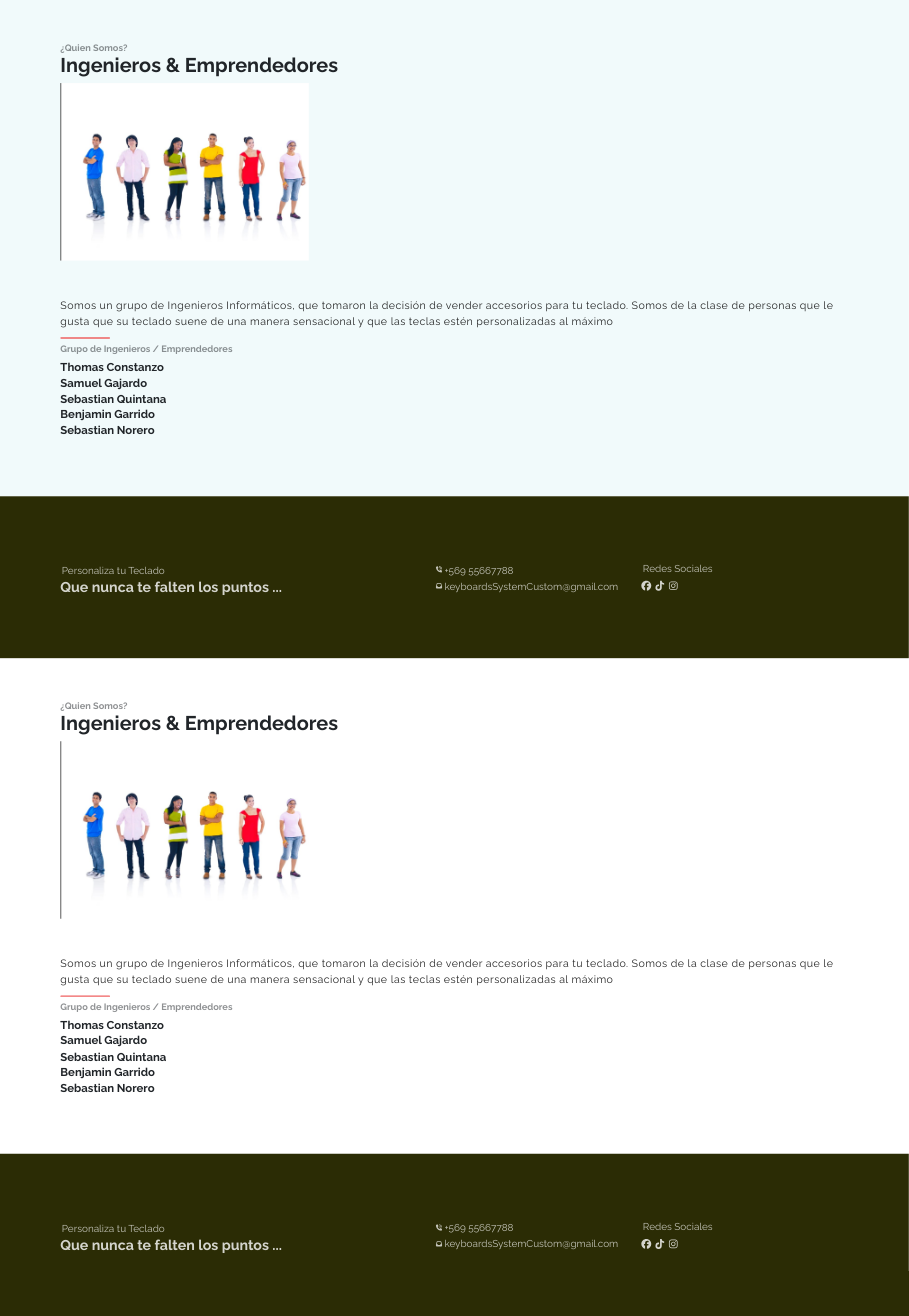
Repository: sebaqqq/customKeyboard
Page: /about
The author's editor kept a copy of each file at every save. The page is drawn from the files as they stood at one save, then again after a run of saves.
The browser window is 1280 px wide. The pictures show the whole page, at 71% of full size.
The project was rebuilt for these pictures with package versions that can differ from the ones it lists, and the page was loaded fresh each time. The framework's server and built-in components were replaced by stand-ins that run in the browser. Also part of the build but not shown: next.config.js.

Above is the page before, as saved 2023-01-26 21:00:00.

### pages/_app.js
import '../styles/globals.css'

function MyApp({ Component, pageProps }) {
    return <Component {...pageProps} />
}

export default MyApp

### pages/about.js
//next
import Image from 'next/image';

//Components
import Layout from '../components/Layout';

//FontAwesomeIcon
import { FontAwesomeIcon } from '@fortawesome/react-fontawesome'
import { library } from '@fortawesome/fontawesome-svg-core';
import { faFacebook, faInstagram, faTiktok } from '@fortawesome/free-brands-svg-icons'
import {
    faPhoneVolume,
    faInbox
} from '@fortawesome/free-solid-svg-icons'

library.add(
    faFacebook,
    faInstagram,
    faTiktok,
    faPhoneVolume,
    faInbox
)
const About = () => {
    return (
        <>
            <Layout
                pagina= "Nosotros"
            >
                <section className="section" id="testmonial">
                <div className="container">
                    <h6 className="xs-font mb-0">¿Quien Somos?</h6>
                    <h3 className="section-title">Ingenieros & Emprendedores</h3>
                    {/* hay que centrar la imagen de la foto grupal */}
                    <Image
                        src= {'/../public/groupPerson.jpg'}
                        alt="grupo"
                        width={350}
                        height={250}
                        // className='card-img-top'
                    />
                    <div id="owl-testmonial" className="owl-carousel owl-theme mt-4">
                        <div className="item">
                            <div className="textmonial-item">
                                <div className="des">
                                    <h5 className="ti-quote-left font-weight-bold"></h5>
                                    <p>Somos un grupo de Ingenieros Informáticos, que tomaron la decisión de vender accesorios para tu teclado. Somos de la clase de personas que le gusta que su teclado suene de una manera sensacional y que las teclas estén personalizadas al máximo</p>
                                    <h5 className="ti-quote-left text-right font-weight-bold"></h5>
                                    <div className="line"></div>
                                    <h6 className="xs-font">Grupo de Ingenieros / Emprendedores</h6>
                                    <h6 className="name">Thomas Constanzo</h6>
                                    <h6 className="name">Samuel Gajardo</h6>
                                    <h6 className="name">Sebastian Quintana</h6>
                                    <h6 className="name">Benjamin Garrido</h6>
                                    <h6 className="name">Sebastian Norero</h6>
                                </div>
                            </div>
                        </div>
                    </div>
                </div>
            </section>

            <section className="section bg-overlay">
                <div className="container">
                    <div className="infos mb-4 mb-md-2">
                    <div className="title">
                    <h6 className="subtitle font-weight-normal">Personaliza tu Teclado</h6>
                    <h5>Que nunca te falten los puntos ...</h5>
                    </div>
                    <div className="socials">
                        <div className="row justify-content-between">
                            <div className="col">
                            <a className="d-block subtitle"><FontAwesomeIcon icon={faPhoneVolume} style={{width: '3%', margin: 'auto', display: 'inline-block'}}/> +569 55667788</a>
                            <a className="d-block subtitle"><FontAwesomeIcon icon={faInbox} style={{width: '3%', margin: 'auto', display: 'inline-block'}}/> keyboardsSystemCustom@gmail.com</a>
                            </div>
                            <div className="col">
                                <h6 className="subtitle font-weight-normal mb-1">Redes Sociales</h6>
                                <div className="social-links">
                                <a href="#" className="link pr-1"><FontAwesomeIcon icon={faFacebook} style={{width: '5%', margin: 'auto', display: 'inline-block'}}/></a>
                                <a href="#" className="link pr-1"><FontAwesomeIcon icon={faTiktok} style={{width: '5%', margin: 'auto', display: 'inline-block'}}/></a>
                                <a href="#" className="link pr-1"><FontAwesomeIcon icon={faInstagram} style={{width: '5%', margin: 'auto', display: 'inline-block'}}/></a>
                                </div>
                            </div>
                        </div>
                    </div>
                </div>
                </div>
            </section>
            </Layout>
            <section className="section" id="testmonial">
                <div className="container">
                    <h6 className="xs-font mb-0">¿Quien Somos?</h6>
                    <h3 className="section-title">Ingenieros & Emprendedores</h3>
                    {/* hay que centrar la imagen de la foto grupal */}
                    <Image
                        src= {'/../public/groupPerson.jpg'}
                        alt="grupo"
                        width={350}
                        height={250}
                        // className='card-img-top'
                    />
                    <div id="owl-testmonial" className="owl-carousel owl-theme mt-4">
                        <div className="item">
                            <div className="textmonial-item">
                                <div className="des">
                                    <h5 className="ti-quote-left font-weight-bold"></h5>
                                    <p>Somos un grupo de Ingenieros Informáticos, que tomaron la decisión de vender accesorios para tu teclado. Somos de la clase de personas que le gusta que su teclado suene de una manera sensacional y que las teclas estén personalizadas al máximo</p>
                                    <h5 className="ti-quote-left text-right font-weight-bold"></h5>
                                    <div className="line"></div>
                                    <h6 className="xs-font">Grupo de Ingenieros / Emprendedores</h6>
                                    <h6 className="name">Thomas Constanzo</h6>
                                    <h6 className="name">Samuel Gajardo</h6>
                                    <h6 className="name">Sebastian Quintana</h6>
                                    <h6 className="name">Benjamin Garrido</h6>
                                    <h6 className="name">Sebastian Norero</h6>
                                </div>
                            </div>
                        </div>
                    </div>
                </div>
            </section>

            <section className="section bg-overlay">
                <div className="container">
                    <div className="infos mb-4 mb-md-2">
                    <div className="title">
                    <h6 className="subtitle font-weight-normal">Personaliza tu Teclado</h6>
                    <h5>Que nunca te falten los puntos ...</h5>
                    </div>
                    <div className="socials">
                        <div className="row justify-content-between">
                            <div className="col">
                            <a className="d-block subtitle"><FontAwesomeIcon icon={faPhoneVolume} style={{width: '3%', margin: 'auto', display: 'inline-block'}}/> +569 55667788</a>
                            <a className="d-block subtitle"><FontAwesomeIcon icon={faInbox} style={{width: '3%', margin: 'auto', display: 'inline-block'}}/> keyboardsSystemCustom@gmail.com</a>
                            </div>
                            <div className="col">
                                <h6 className="subtitle font-weight-normal mb-1">Redes Sociales</h6>
                                <div className="social-links">
                                <a href="#" className="link pr-1"><FontAwesomeIcon icon={faFacebook} style={{width: '5%', margin: 'auto', display: 'inline-block'}}/></a>
                                <a href="#" className="link pr-1"><FontAwesomeIcon icon={faTiktok} style={{width: '5%', margin: 'auto', display: 'inline-block'}}/></a>
                                <a href="#" className="link pr-1"><FontAwesomeIcon icon={faInstagram} style={{width: '5%', margin: 'auto', display: 'inline-block'}}/></a>
                                </div>
                            </div>
                        </div>
                    </div>
                </div>
                </div>
            </section>
        </>
    );
}

export default About;

### components/Layout.js
import Head from "next/head";

const Layout = ({children, pagina}) => {
    return (
        <div>
            <Head>
                <title>KSC - {pagina}</title>
                <meta content="width=device-width, initial-scale=1" name="viewport" />
                <meta charSet="utf-8" />
                <meta name="description" content="Keys Keyboard" />
                <meta name="keywords" content="Keys Keyboard" />
                <link rel="icon" type="image/png" sizes="32x32" href="/favicon-32x32.png" />
            </Head>
            {children}
        </div>
    );
}

export default Layout;

Loaded but not shown: pages/_document.js (common file); styles/globals.css (library)

After the next 2 saves:
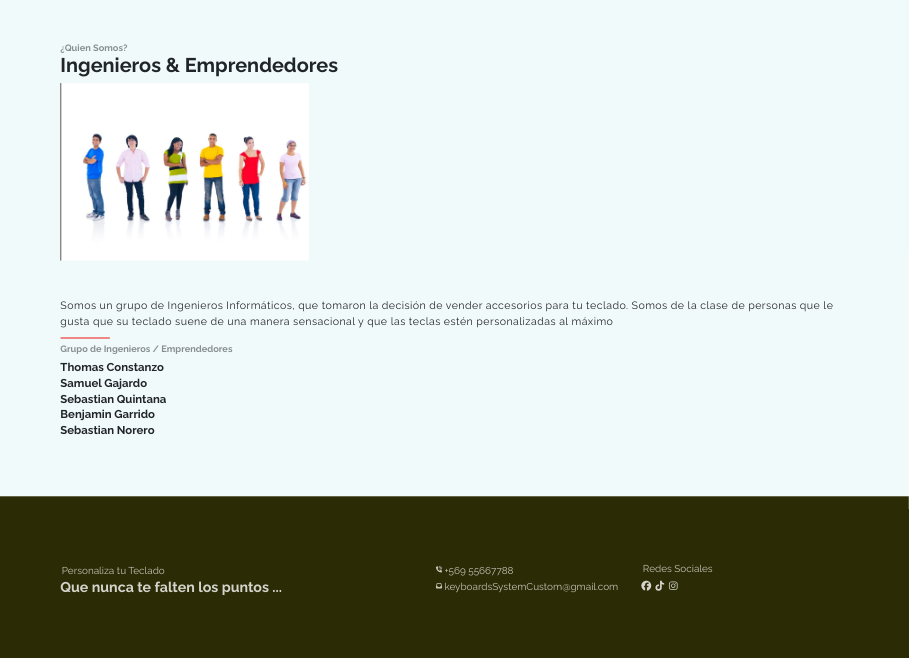
The 2 saves are shown as one change because they came seconds apart.
The last was saved 7 s later.
--- a/pages/about.js
+++ b/pages/about.js
@@ -86,65 +86,7 @@
                 </div>
             </section>
             </Layout>
-            <section className="section" id="testmonial">
-                <div className="container">
-                    <h6 className="xs-font mb-0">¿Quien Somos?</h6>
-                    <h3 className="section-title">Ingenieros & Emprendedores</h3>
-                    {/* hay que centrar la imagen de la foto grupal */}
-                    <Image
-                        src= {'/../public/groupPerson.jpg'}
-                        alt="grupo"
-                        width={350}
-                        height={250}
-                        // className='card-img-top'
-                    />
-                    <div id="owl-testmonial" className="owl-carousel owl-theme mt-4">
-                        <div className="item">
-                            <div className="textmonial-item">
-                                <div className="des">
-                                    <h5 className="ti-quote-left font-weight-bold"></h5>
-                                    <p>Somos un grupo de Ingenieros Informáticos, que tomaron la decisión de vender accesorios para tu teclado. Somos de la clase de personas que le gusta que su teclado suene de una manera sensacional y que las teclas estén personalizadas al máximo</p>
-                                    <h5 className="ti-quote-left text-right font-weight-bold"></h5>
-                                    <div className="line"></div>
-                                    <h6 className="xs-font">Grupo de Ingenieros / Emprendedores</h6>
-                                    <h6 className="name">Thomas Constanzo</h6>
-                                    <h6 className="name">Samuel Gajardo</h6>
-                                    <h6 className="name">Sebastian Quintana</h6>
-                                    <h6 className="name">Benjamin Garrido</h6>
-                                    <h6 className="name">Sebastian Norero</h6>
-                                </div>
-                            </div>
-                        </div>
-                    </div>
-                </div>
-            </section>
-
-            <section className="section bg-overlay">
-                <div className="container">
-                    <div className="infos mb-4 mb-md-2">
-                    <div className="title">
-                    <h6 className="subtitle font-weight-normal">Personaliza tu Teclado</h6>
-                    <h5>Que nunca te falten los puntos ...</h5>
-                    </div>
-                    <div className="socials">
-                        <div className="row justify-content-between">
-                            <div className="col">
-                            <a className="d-block subtitle"><FontAwesomeIcon icon={faPhoneVolume} style={{width: '3%', margin: 'auto', display: 'inline-block'}}/> +569 55667788</a>
-                            <a className="d-block subtitle"><FontAwesomeIcon icon={faInbox} style={{width: '3%', margin: 'auto', display: 'inline-block'}}/> keyboardsSystemCustom@gmail.com</a>
-                            </div>
-                            <div className="col">
-                                <h6 className="subtitle font-weight-normal mb-1">Redes Sociales</h6>
-                                <div className="social-links">
-                                <a href="#" className="link pr-1"><FontAwesomeIcon icon={faFacebook} style={{width: '5%', margin: 'auto', display: 'inline-block'}}/></a>
-                                <a href="#" className="link pr-1"><FontAwesomeIcon icon={faTiktok} style={{width: '5%', margin: 'auto', display: 'inline-block'}}/></a>
-                                <a href="#" className="link pr-1"><FontAwesomeIcon icon={faInstagram} style={{width: '5%', margin: 'auto', display: 'inline-block'}}/></a>
-                                </div>
-                            </div>
-                        </div>
-                    </div>
-                </div>
-                </div>
-            </section>
+            {/*  */}
         </>
     );
 }
